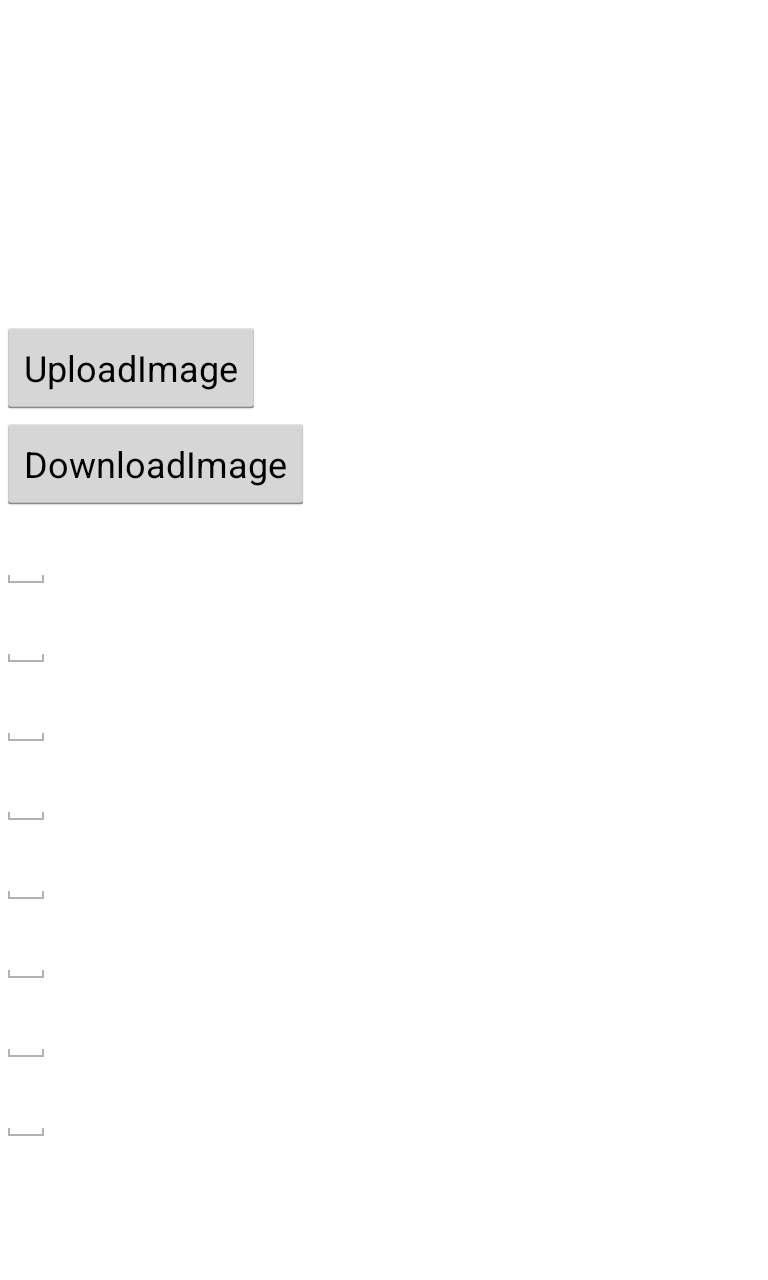
Repository: HSUmod/nanumi
Layout: Nanumi/ImageSendTest/res/layout/activity_main.xml
An editor plug-in stored every save of this project. The layout is shown before and after the next save, followed by the edit.
It is drawn on a 768 x 1280 px phone screen (xhdpi) without system bars, with theme AppTheme; the app's code is not run.

Above is the layout before, as saved 2015-11-17 07:27:38.

After the next save:
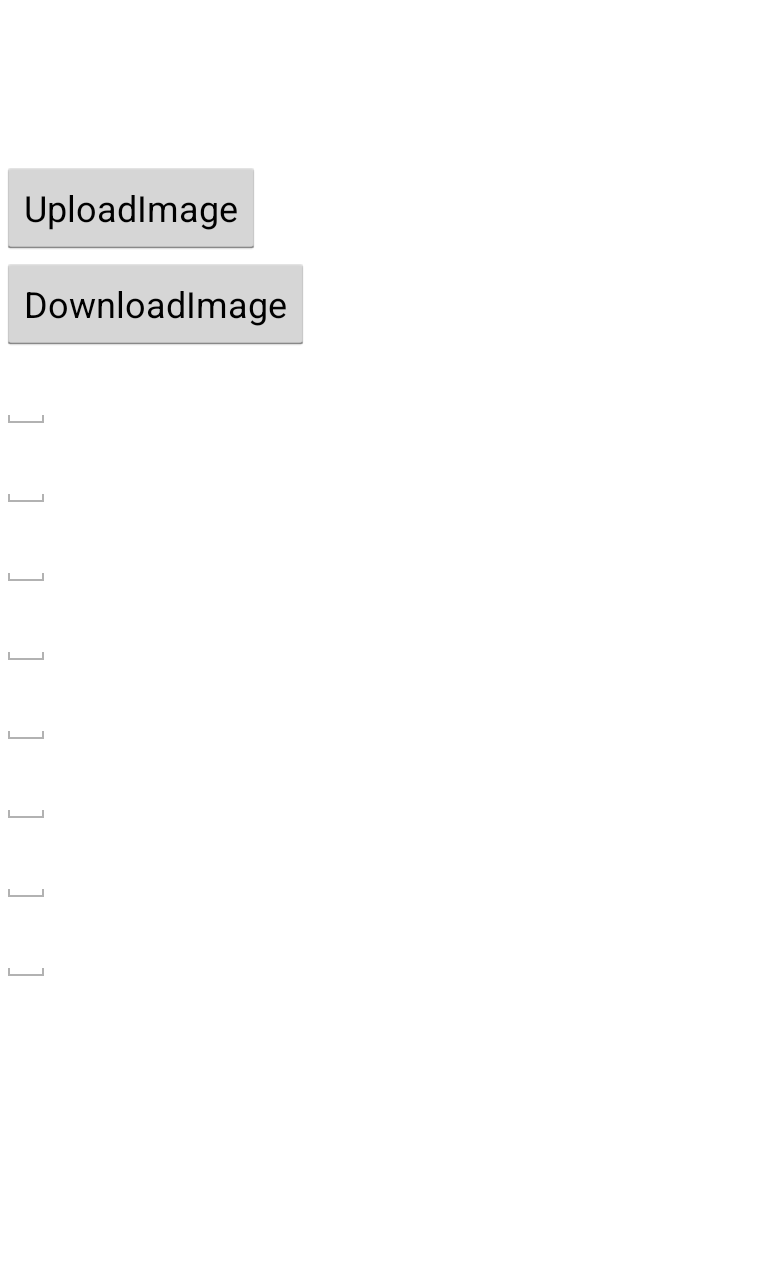
Saved 81 s later.
--- a/Nanumi/ImageSendTest/res/layout/activity_main.xml
+++ b/Nanumi/ImageSendTest/res/layout/activity_main.xml
@@ -5,15 +5,21 @@
     android:orientation="vertical"
     tools:context="com.example.imagesendtest.MainActivity" >
 
-    <ImageView
-        android:id="@+id/imageToUpload"
-        android:layout_width="80dp"
-        android:layout_height="80dp" />
+    <LinearLayout
+        android:layout_width="match_parent"
+        android:layout_height="wrap_content"
+        android:orientation="horizontal" >
 
-    <ImageView
-        android:id="@+id/downloadedImage"
-        android:layout_width="80dp"
-        android:layout_height="80dp" />
+        <ImageView
+            android:id="@+id/imageToUpload"
+            android:layout_width="80dp"
+            android:layout_height="80dp" />
+
+        <ImageView
+            android:id="@+id/downloadedImage"
+            android:layout_width="80dp"
+            android:layout_height="80dp" />
+    </LinearLayout>
 
     <Button
         android:id="@+id/bUploadImage"
@@ -37,27 +43,31 @@
         android:layout_width="wrap_content"
         android:layout_height="wrap_content" />
 
+    <EditText
+        android:id="@+id/userid"
+        android:layout_width="wrap_content"
+        android:layout_height="wrap_content" />
 
     <EditText
         android:id="@+id/userid"
         android:layout_width="wrap_content"
         android:layout_height="wrap_content" />
+
     <EditText
         android:id="@+id/userid"
         android:layout_width="wrap_content"
         android:layout_height="wrap_content" />
+
     <EditText
         android:id="@+id/userid"
         android:layout_width="wrap_content"
         android:layout_height="wrap_content" />
+
     <EditText
         android:id="@+id/userid"
         android:layout_width="wrap_content"
         android:layout_height="wrap_content" />
-    <EditText
-        android:id="@+id/userid"
-        android:layout_width="wrap_content"
-        android:layout_height="wrap_content" />
+
     <EditText
         android:id="@+id/userid"
         android:layout_width="wrap_content"
